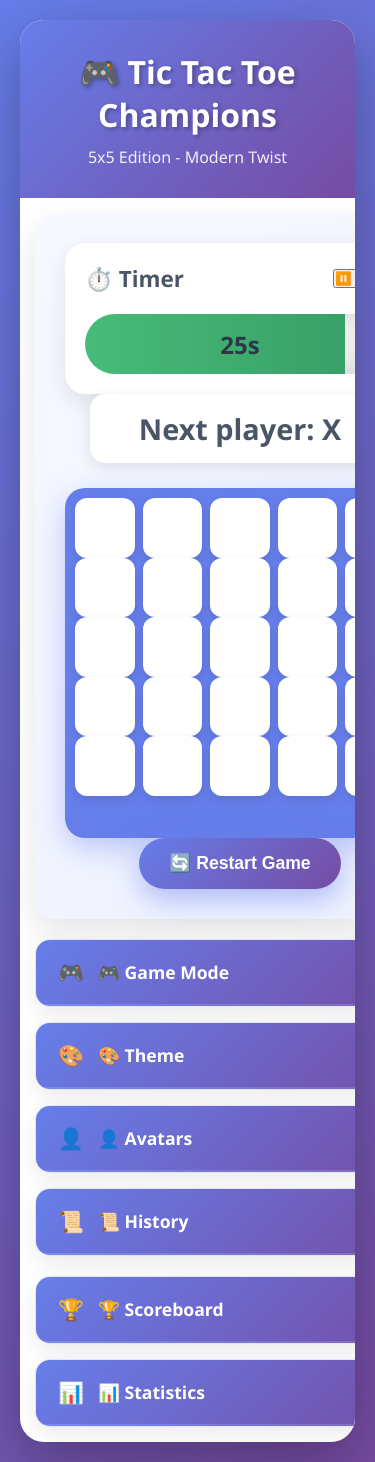
Repository: sofia123776/TIC-TAC-TOE
Page: /
The author's editor kept a copy of each file at every save. The page is drawn from the files as they stood at one save, then again after the next save.
The browser window is 375 px wide. The pictures show the whole page.
The project was rebuilt for these pictures with package versions that can differ from the ones it lists, and the page was loaded fresh each time. Also part of the build but not shown: vite.config.js.

Above is the page before, as saved 2025-12-09 17:45:44.

After the next save:
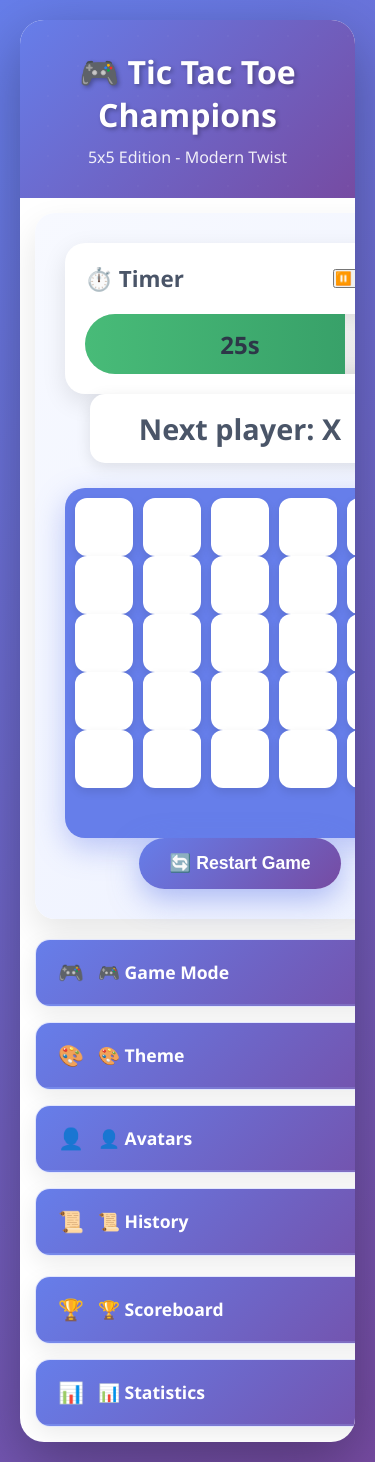
Saved 86 s later.
--- a/src/App.css
+++ b/src/App.css
@@ -1125,7 +1125,7 @@ body {
   .board-grid {
     width: 350px;
     height: 350px;
-    gap: 8px;
+    gap: 10px;
     padding: 10px;
   }
 
